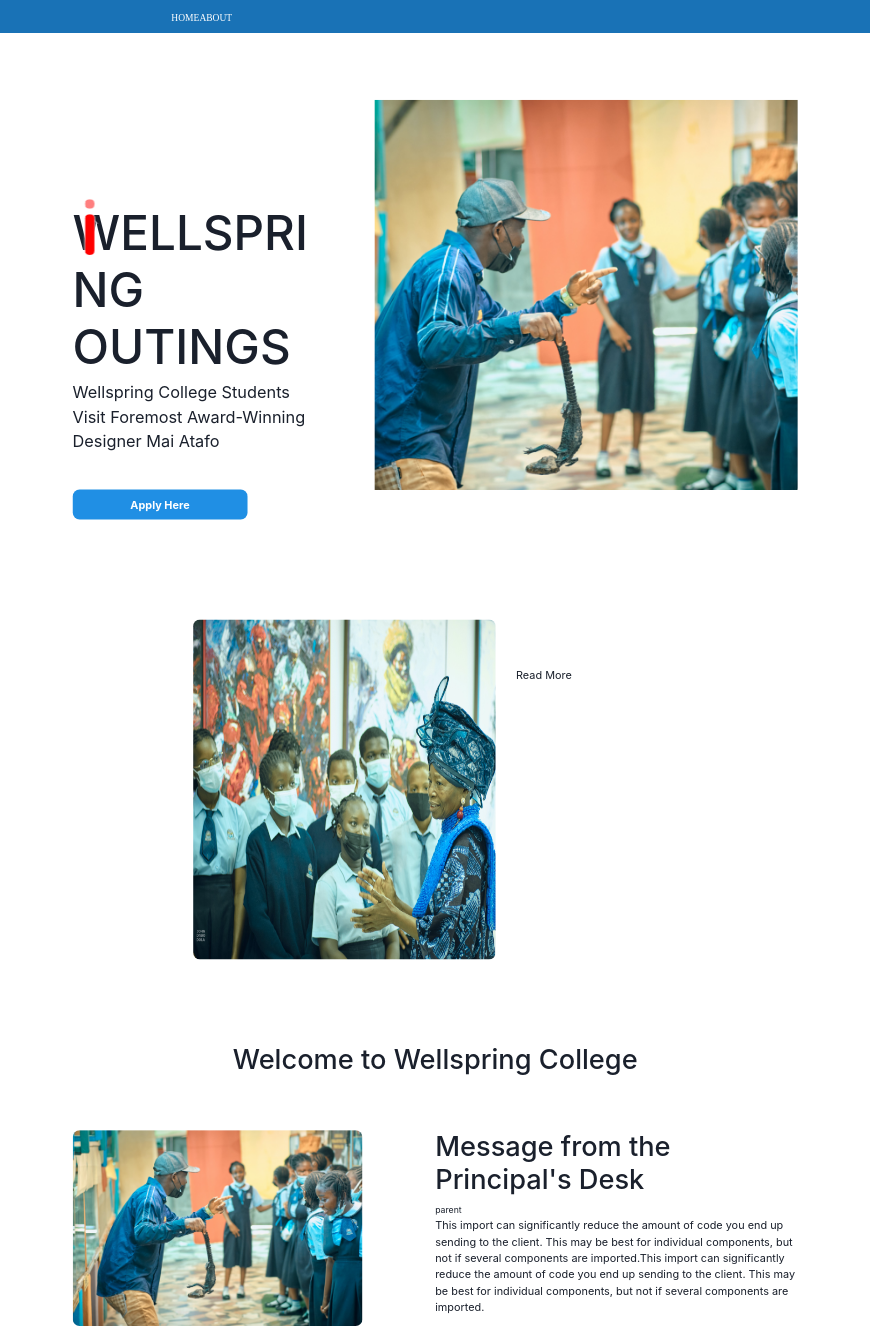
Repository: gr8skills/wellspring-school-forked
Page: /
The author's editor kept a copy of each file at every save. The page is drawn from the files as they stood at one save, then again after a run of saves.
The browser window is 1280 px wide. The pictures show the whole page, at 68% of full size.
The project was rebuilt for these pictures with package versions that can differ from the ones it lists, and the page was loaded fresh each time. Also part of the build but not shown: src/components/Navbar/Dropdown.scss, src/components/Navbar/Dropdown.js, src/components/Calendar/Calendar.js.

Above is the page before, as saved 2022-12-02 00:04:25.

After the next 2 saves:
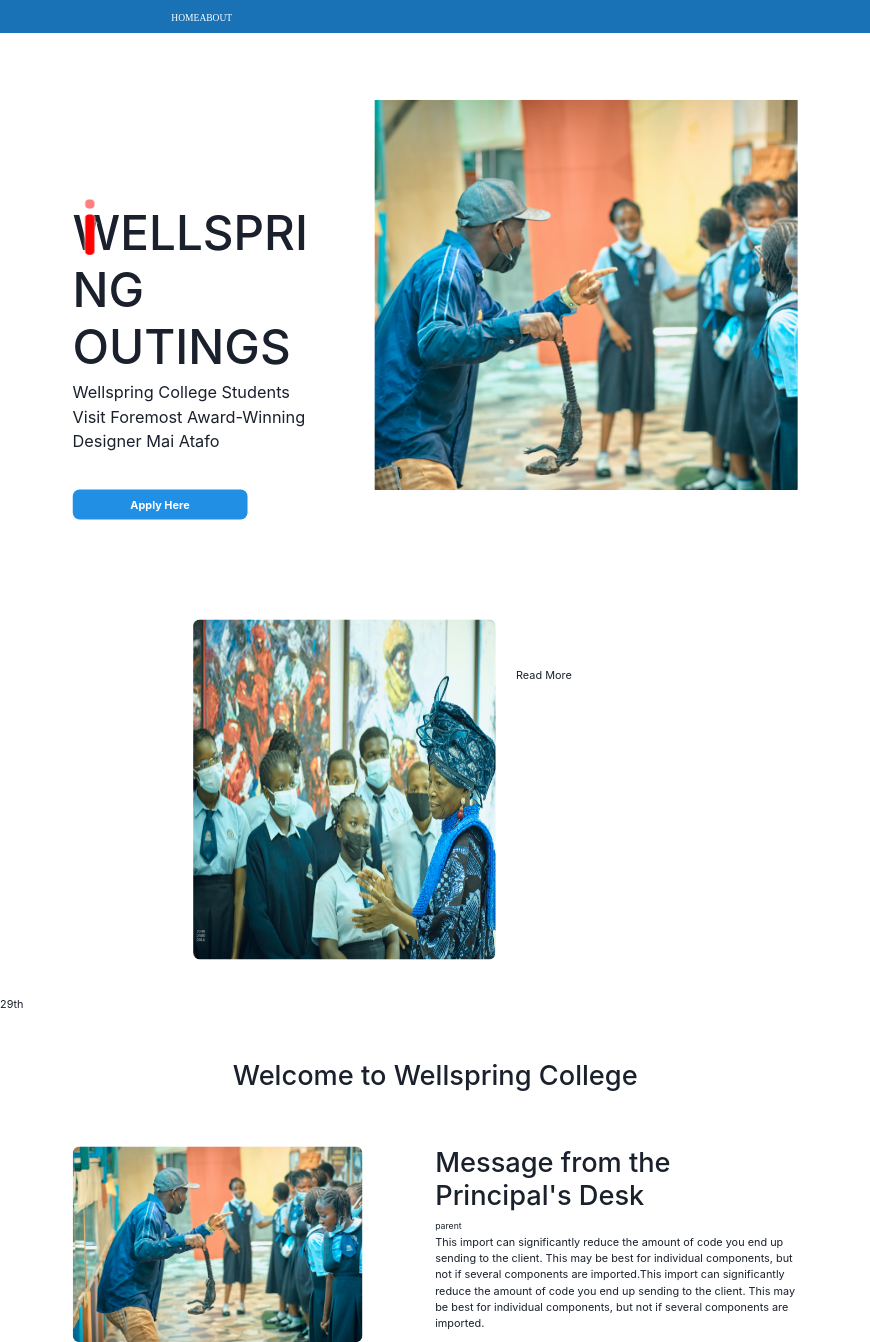
The 2 saves are shown as one change because they came seconds apart.
The last was saved 6 s later.
--- a/src/pages/Home/Home.js
+++ b/src/pages/Home/Home.js
@@ -62,7 +62,7 @@
             {/* <Calendar month="Nov" day="10" year="2022" event="Open Day" time="10:00am-3:00pm"/> */}
             <News date="August"/>
           </div>
-        </div>
+        </div> 29th
         <div className="col-md-12 welcome-message-title">
           <Sliders
             header="Welcome to Wellspring College"

After the save that followed:
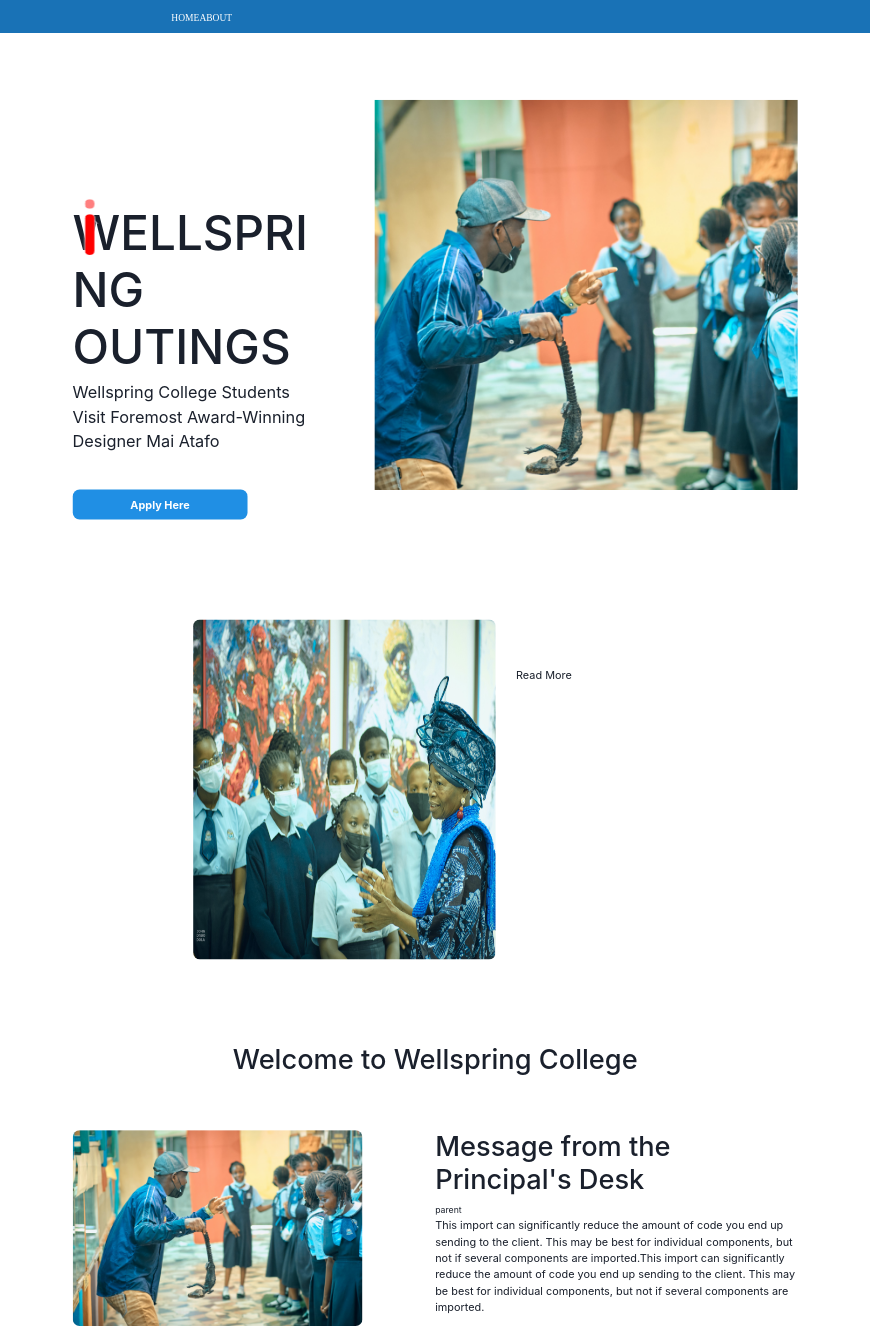
Saved 4 s later.
--- a/src/pages/Home/Home.js
+++ b/src/pages/Home/Home.js
@@ -60,9 +60,9 @@
             </Carousel>
             <AppButton text="Apply Here" />
             {/* <Calendar month="Nov" day="10" year="2022" event="Open Day" time="10:00am-3:00pm"/> */}
-            <News date="August"/>
+            <News date=""/>
           </div>
-        </div> 29th
+        </div>
         <div className="col-md-12 welcome-message-title">
           <Sliders
             header="Welcome to Wellspring College"
